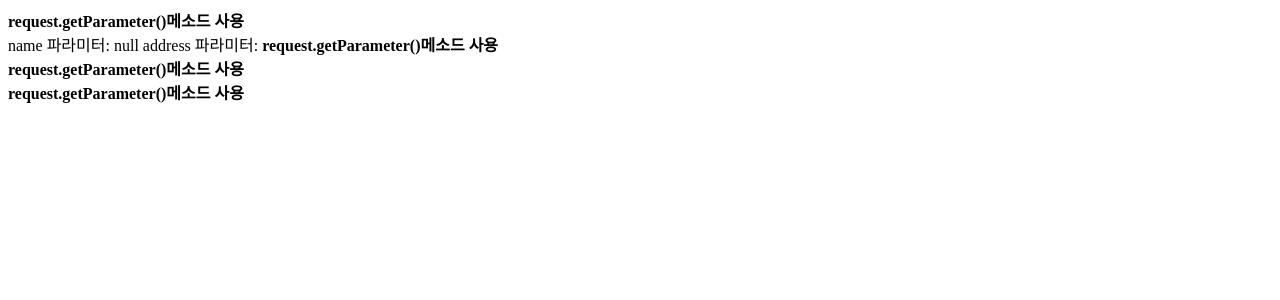
Repository: sgnq008-tech/JSP
Page: http://localhost/WebProject/implicit/viewParameter.jsp
The author's editor kept a copy of each file at every save. The page is drawn from the files as they stood at one save, then again after the next save.
The browser window is 1280 px wide. The pictures show the whole page.
The page is served by Tomcat 9.

Above is the page before, as saved 2026-09-10 07:10:04.

After the next save:
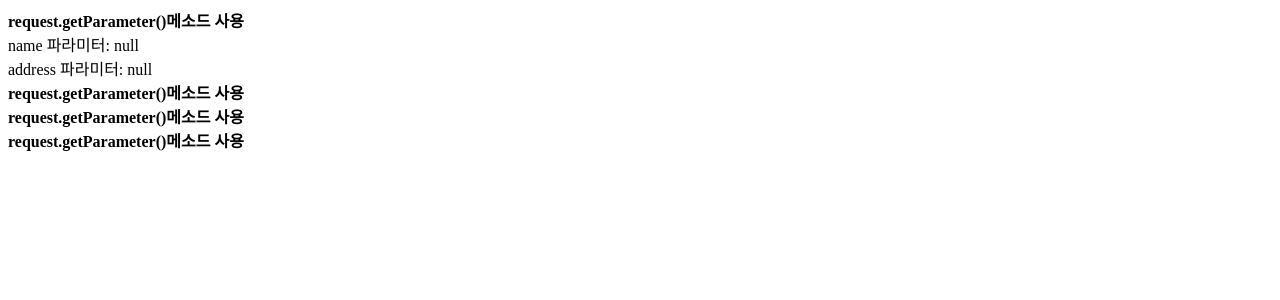
Saved 24 s later.
--- a/jsp_workspace/WebProject/src/main/webapp/implicit/viewParameter.jsp
+++ b/jsp_workspace/WebProject/src/main/webapp/implicit/viewParameter.jsp
@@ -12,8 +12,8 @@
 </head>
 <body>
 <b> request.getParameter()메소드 사용</b><br>
-  name 파라미터: <%=request.getParameter("name") %>
-  address 파라미터:
+  name 파라미터: <%=request.getParameter("name") %><br>
+  address 파라미터: <%=request.getParameter("address") %><br>
 <b> request.getParameter()메소드 사용</b><br>
 
 <b> request.getParameter()메소드 사용</b><br>
